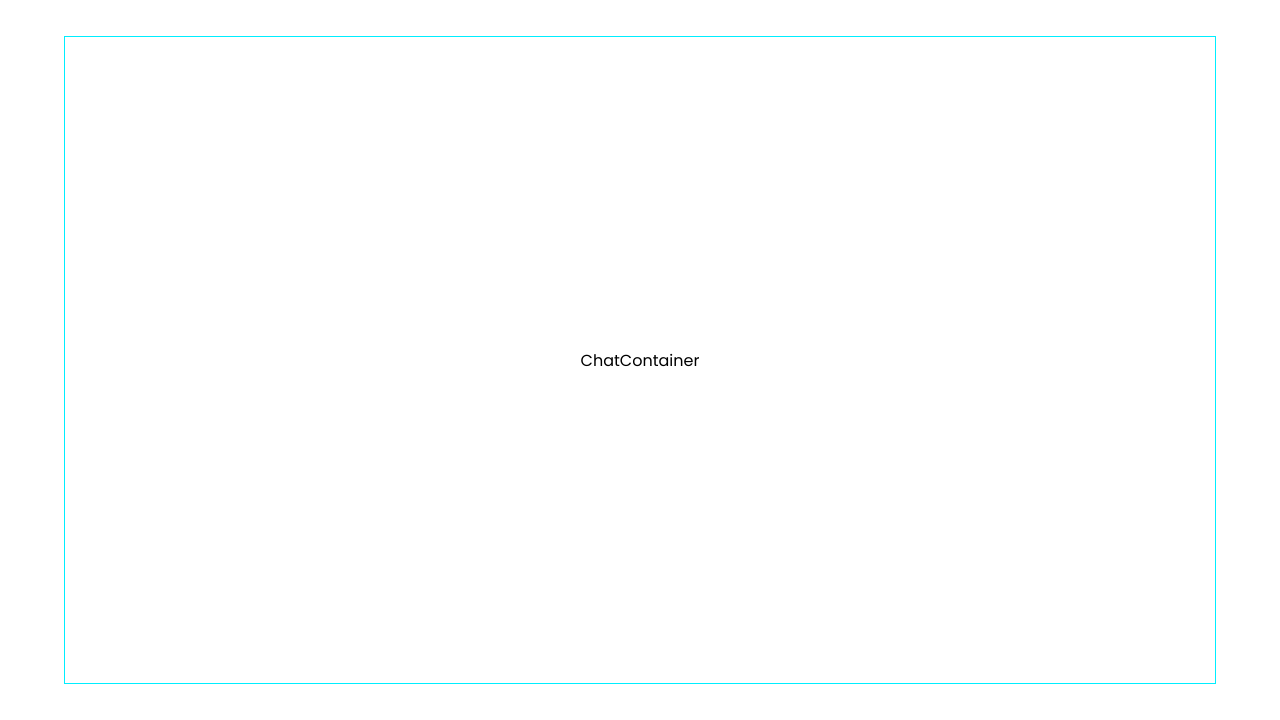
Repository: swastikjhacoder/mern-chat-frontend-only
Page: /
These files come from the project's save history. The page is drawn as it stood at one moment and after a run of saves; the edit follows.
The browser window is 1280 px wide. The pictures show the whole page.
The project was rebuilt for these pictures with package versions that can differ from the ones it lists, and the page was loaded fresh each time. Also part of the build but not shown: src/components/Login.jsx, src/components/SignUp.jsx.

Above is the page before, as saved 2023-09-21 16:50:01.

After the next 5 saves:
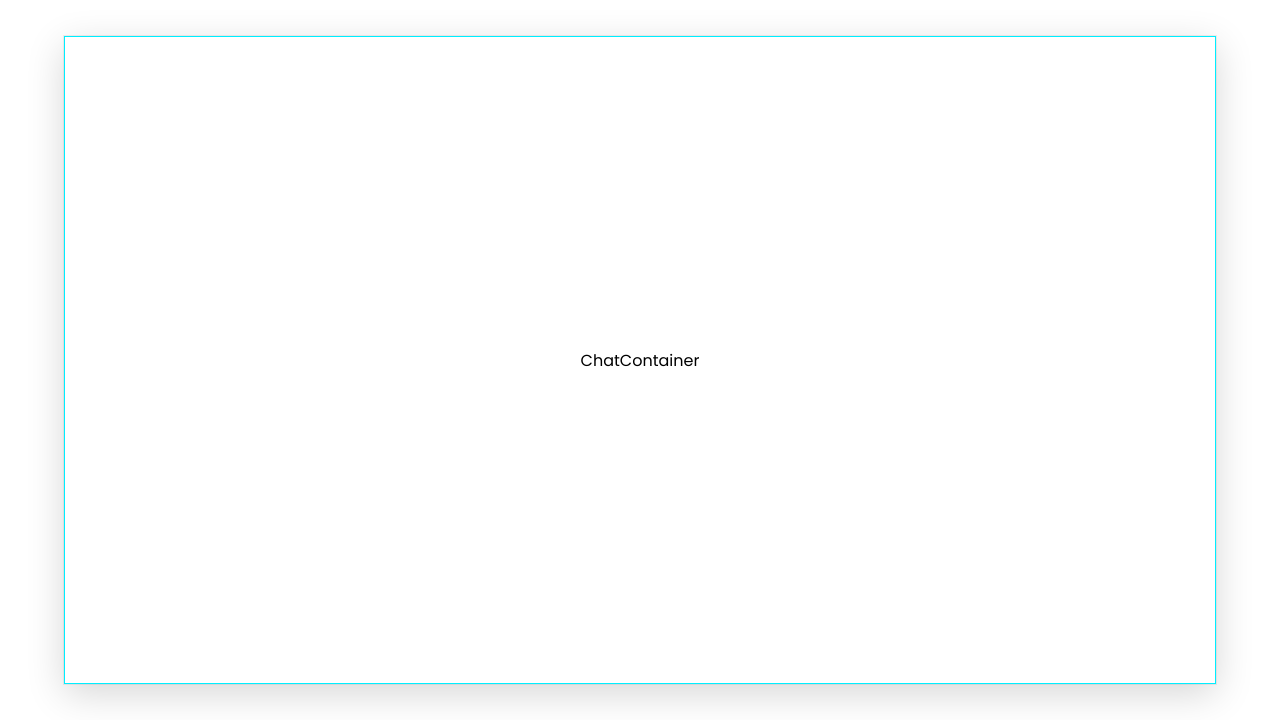
The 5 saves are shown as one change because they came seconds apart.
The last was saved 17 s later.
--- a/src/index.css
+++ b/src/index.css
@@ -35,5 +35,5 @@ body {
   width: 90vw;
   height: 90vh;
   border: 1px solid var(--border-color);
-
+  box-shadow: var(--box-shadow);
 }
